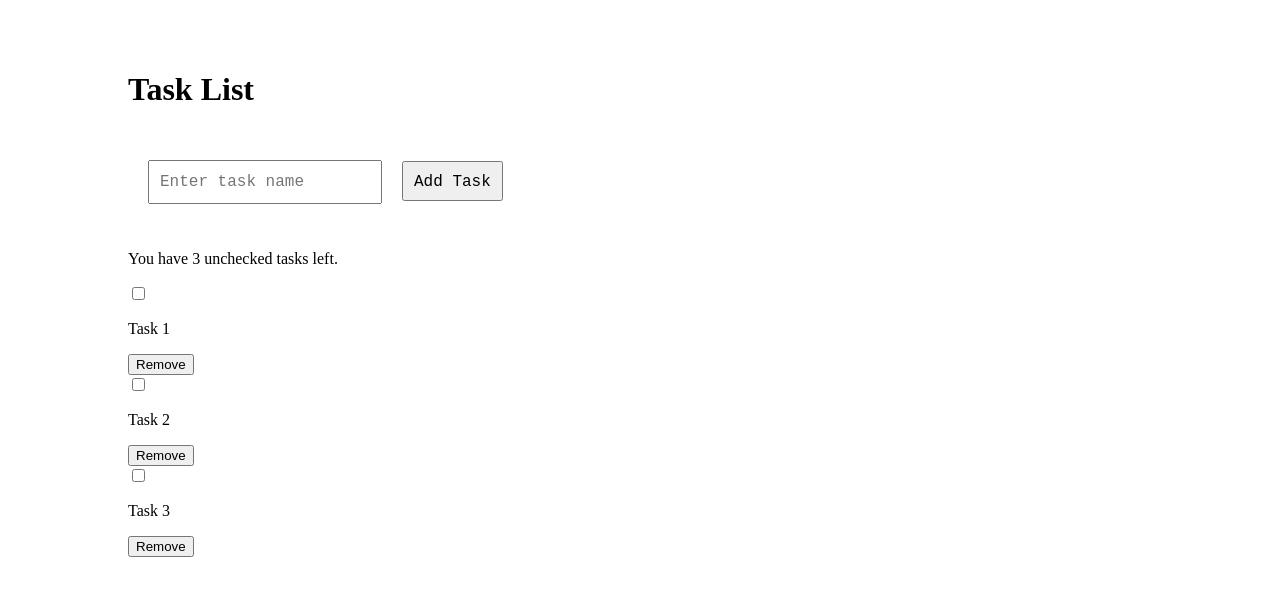
Repository: SandyLy453/task-list
Page: /
The author's editor kept a copy of each file at every save. The page is drawn from the files as they stood at one save, then again after the next save.
The browser window is 1280 px wide. The pictures show the whole page.
The project was rebuilt for these pictures with package versions that can differ from the ones it lists, and the page was loaded fresh each time. Also part of the build but not shown: vite.config.js.

Above is the page before, as saved 2024-10-11 15:20:07.

After the next save:
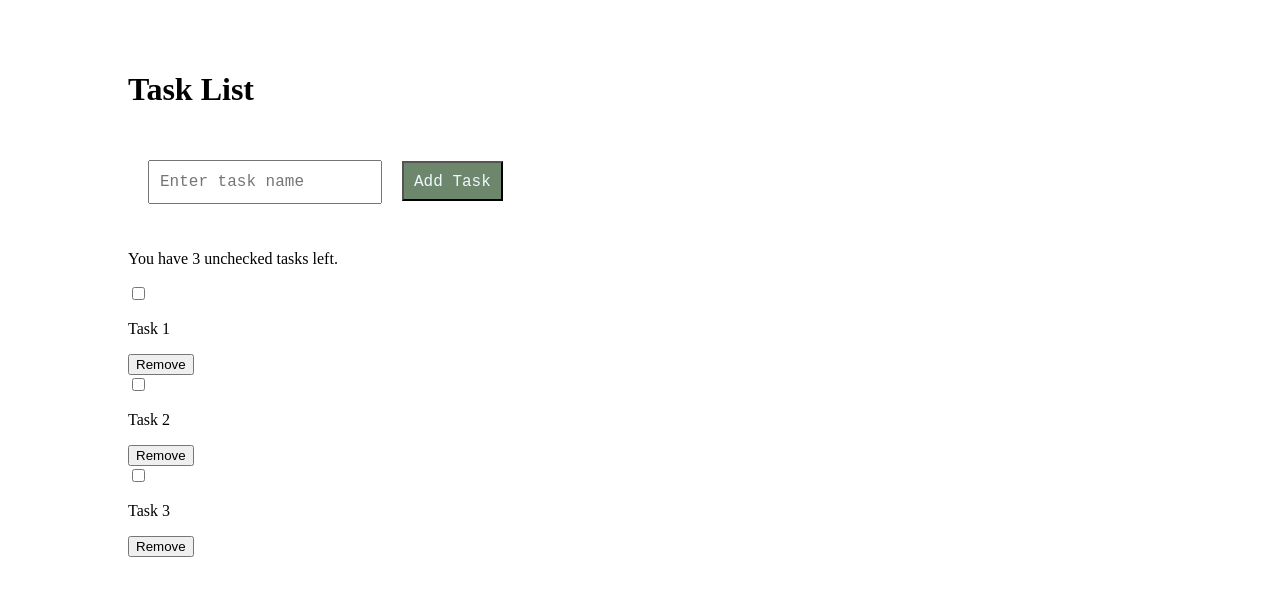
Saved 37 s later.
--- a/src/index.css
+++ b/src/index.css
@@ -20,4 +20,6 @@
   padding: 10px;
   font-size: 16px;
   font-family: monospace;
+  background-color: rgb(108, 135, 108);
+  color: aliceblue;
 }
